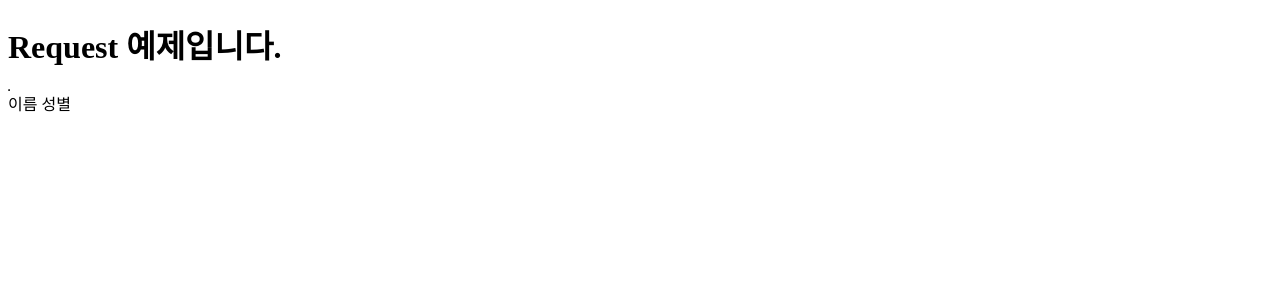
Repository: hyeri-seo/JSP
Page: http://localhost/JspExam5/requestTest1.jsp
These files come from the project's save history. The page is drawn as it stood at one moment and after the next save; the edit follows.
The browser window is 1280 px wide. The pictures show the whole page.
The page is served by Tomcat 9. Other server files are loaded and not shown.

Above is the page before, as saved 2023-09-20 03:42:30.

### JspExam5/src/main/webapp/requestTest1.jsp
<%@ page language="java" contentType="text/html; charset=UTF-8"
    pageEncoding="UTF-8"%>
<!DOCTYPE html>
<html>
<head>
<meta charset="UTF-8">
<title>Insert title here</title>
</head>
<body>
<h1>Request 예제입니다.</h1>
<table border="1" style="width:'400px'">
</table>
	<tr>
		<td>이름</td>
		<td></td>
	</tr>
	<tr>
		<td>성별</td>
		<td></td>
	</tr>
	<tr>

	</tr>
</body>
</html>

After the next save:
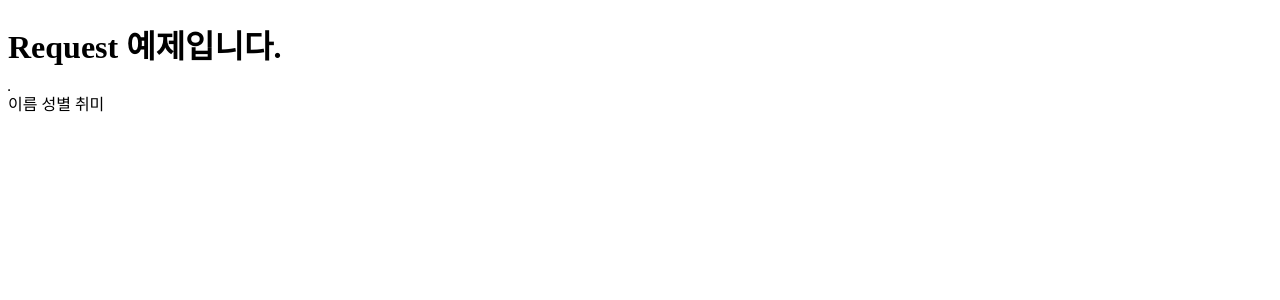
Saved 11 s later.
--- a/JspExam5/src/main/webapp/requestTest1.jsp
+++ b/JspExam5/src/main/webapp/requestTest1.jsp
@@ -19,7 +19,8 @@
 		<td></td>
 	</tr>
 	<tr>
-
+		<td>취미</td>
+		<td></td>
 	</tr>
 </body>
 </html>
